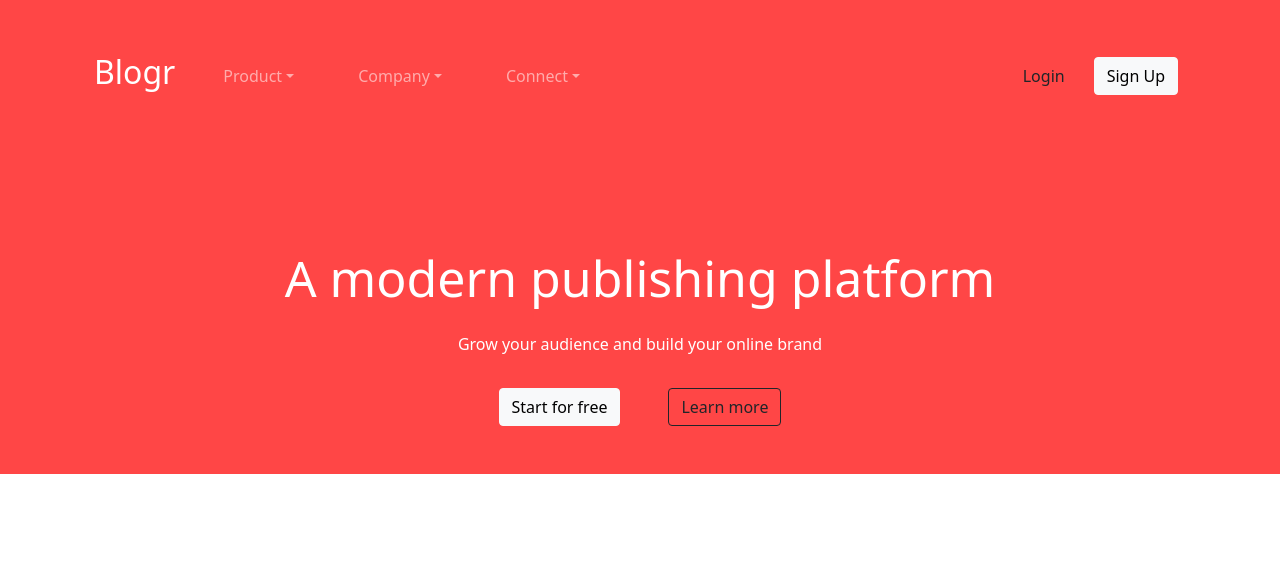
Repository: badhon252/blogr-landing-page
Page: /
The author's editor kept a copy of each file at every save. The page is drawn from the files as they stood at one save, then again after the next save.
The browser window is 1280 px wide. The pictures show the whole page.
The project was rebuilt for these pictures with package versions that can differ from the ones it lists, and the page was loaded fresh each time.

Above is the page before, as saved 2022-01-17 23:59:54.

After the next save:
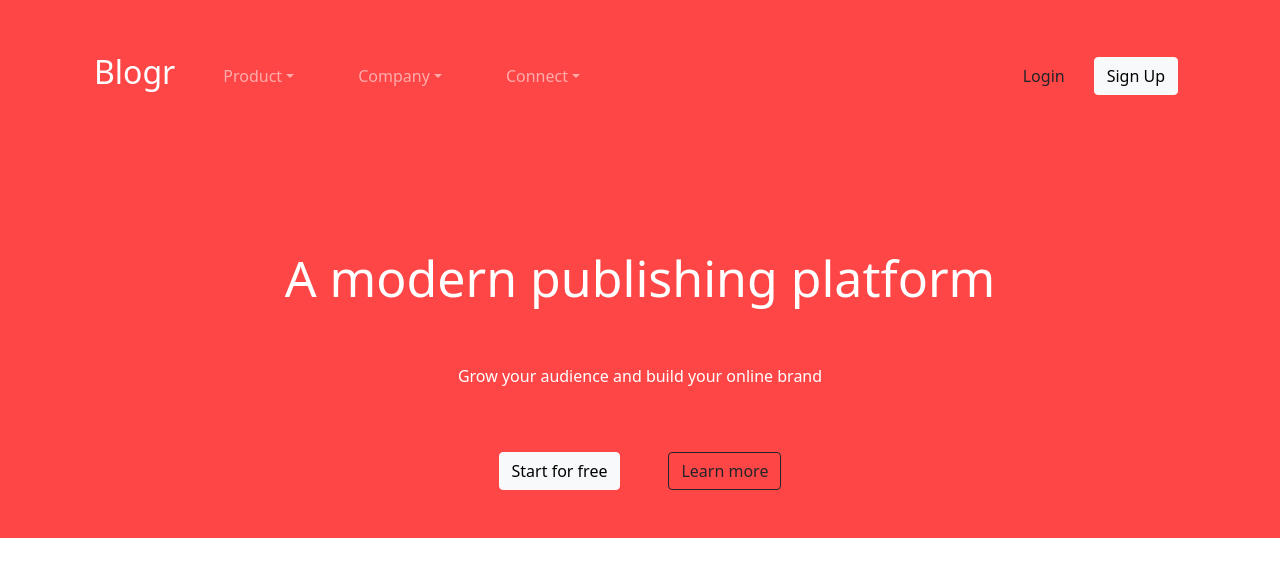
Saved 59 s later.
--- a/src/components/Header/HeaderContent.js
+++ b/src/components/Header/HeaderContent.js
@@ -5,7 +5,7 @@
     <div>
       <div className="py-5 header-param">
         <h1 className="pt-5">A modern publishing platform</h1>
-        <p className="header-p py-3 ">
+        <p className="header-p py-5 ">
           Grow your audience and build your online brand
         </p>
         {/* btn  */}

After the save that followed:
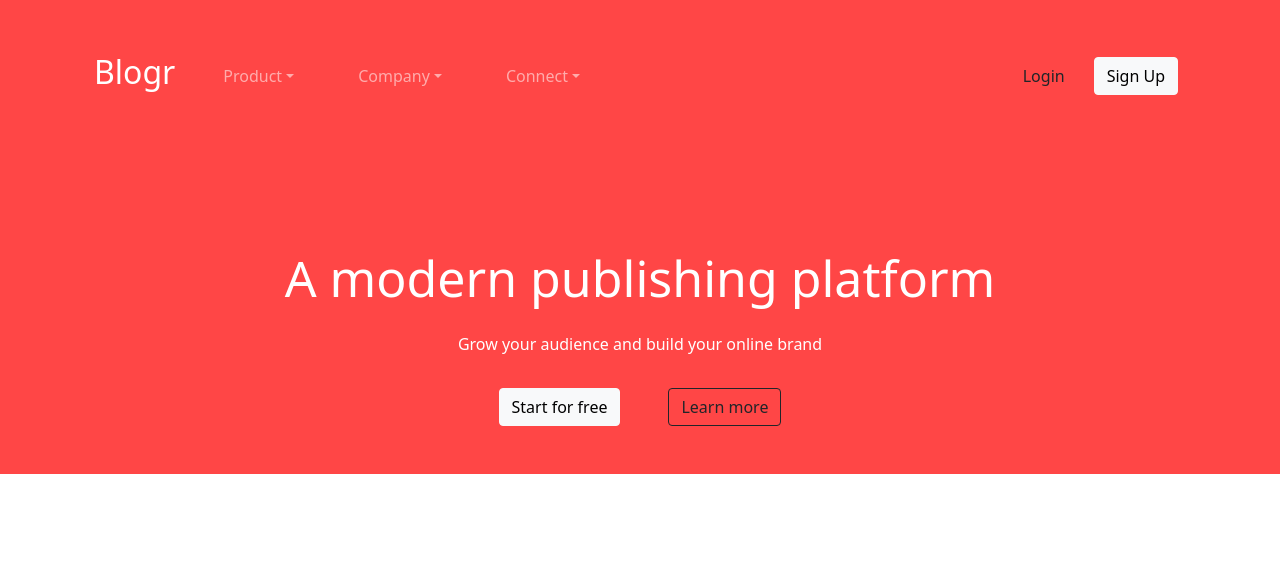
Saved 9 s later.
--- a/src/components/Header/HeaderContent.js
+++ b/src/components/Header/HeaderContent.js
@@ -5,7 +5,7 @@
     <div>
       <div className="py-5 header-param">
         <h1 className="pt-5">A modern publishing platform</h1>
-        <p className="header-p py-5 ">
+        <p className="header-p py-3 ">
           Grow your audience and build your online brand
         </p>
         {/* btn  */}
